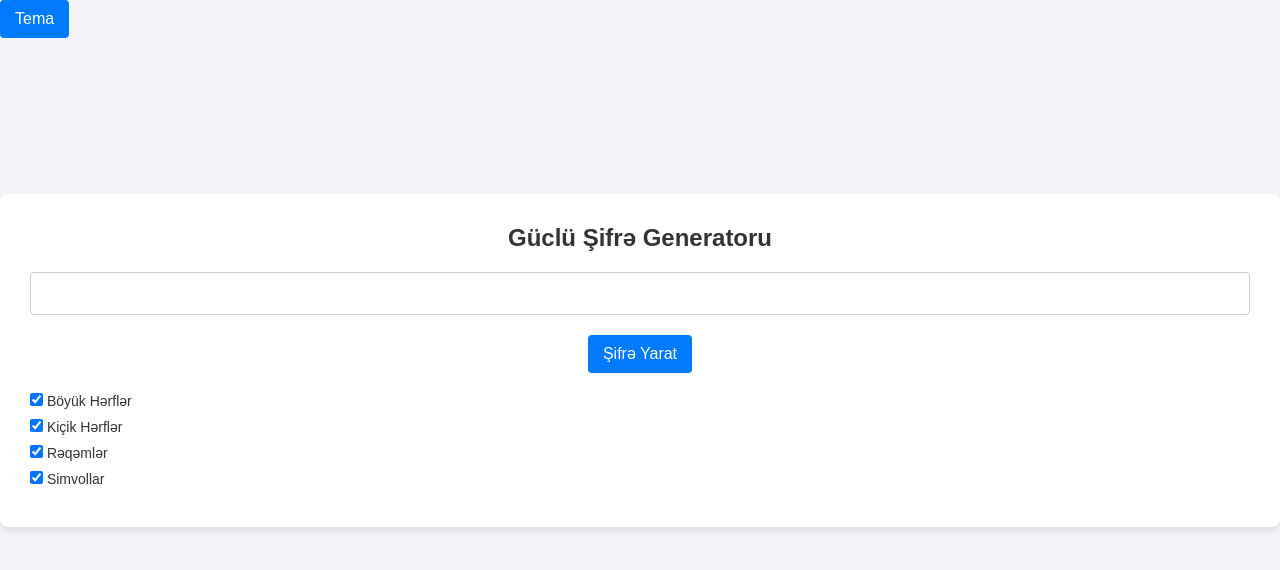
Repository: ferhadsultan98/pass-generator
Page: pass.html
These files come from the project's save history. The page is drawn as it stood at one moment and after a run of saves; the edit follows.
The browser window is 1280 px wide. The pictures show the whole page.

Above is the page before, as saved 2025-03-04 12:04:03.

### pass.html
<!DOCTYPE html>
<html lang="az">
<head>
  <meta charset="UTF-8">
  <meta name="viewport" content="width=device-width, initial-scale=1.0">
  <title>Güclü Şifrə Generatoru</title>
<style>
    * {
  margin: 0;
  padding: 0;
  box-sizing: border-box;
}

body {
  font-family: Arial, sans-serif;
  height: 100vh;
  display: flex;
  justify-content: center;
  align-items: center;
  background-color: #f4f4f9;
  color: #333;
  transition: background-color 0.3s, color 0.3s;
}

body.dark-mode {
  background-color: #333;
  color: #f4f4f9;
}

.container {
  background-color: #fff;
  padding: 30px;
  border-radius: 8px;
  box-shadow: 0 4px 6px rgba(0, 0, 0, 0.1);
  text-align: center;
  width: 100%;
}

body.dark-mode .container {
  background-color: #444;
  box-shadow: 0 4px 6px rgba(0, 0, 0, 0.3);
}

h1 {
  margin-bottom: 20px;
  font-size: 24px;
}

#password {
  width: 100%;
  padding: 10px;
  font-size: 18px;
  margin-bottom: 20px;
  border: 1px solid #ccc;
  border-radius: 4px;
}

button {
  padding: 10px 15px;
  font-size: 16px;
  background-color: #007bff;
  color: white;
  border: none;
  border-radius: 4px;
  cursor: pointer;
}

button:hover {
  background-color: #0056b3;
}

.options {
  margin-top: 20px;
  text-align: left;
}

label {
  display: block;
  margin-bottom: 10px;
  font-size: 14px;
}

.theme-switch {
left: 0;
top: 0;
  position: absolute;
}

body.dark-mode .theme-switch label {
  color: #fff;
}

/* Responsiveness */
@media (max-width: 500px) {
  .container {
    padding: 20px;
  }

  h1 {
    font-size: 20px;
  }

  button {
    font-size: 14px;
  }
}

</style>
</head>
<body>
  <div class="container">
    <h1>Güclü Şifrə Generatoru</h1>
    <input type="text" id="password" readonly>
    <button onclick="generatePassword()">Şifrə Yarat</button>

    <div class="options">
      <label>
        <input type="checkbox" id="includeUppercase" checked>
        Böyük Hərflər
      </label>
      <label>
        <input type="checkbox" id="includeLowercase" checked>
        Kiçik Hərflər
      </label>
      <label>
        <input type="checkbox" id="includeNumbers" checked>
        Rəqəmlər
      </label>
      <label>
        <input type="checkbox" id="includeSymbols" checked>
        Simvollar
      </label>
    </div>

    <div class="theme-switch">
        <button id="themeToggle"  onchange="toggleTheme()">Tema</button>
    </div>
  </div>

<script>
    // Şifrə yaratma funksiyası
function generatePassword() {
  const length = 12; // Şifrə uzunluğu
  const includeUppercase = document.getElementById('includeUppercase').checked;
  const includeLowercase = document.getElementById('includeLowercase').checked;
  const includeNumbers = document.getElementById('includeNumbers').checked;
  const includeSymbols = document.getElementById('includeSymbols').checked;

  let characters = '';
  if (includeUppercase) characters += 'ABCDEFGHIJKLMNOPQRSTUVWXYZ';
  if (includeLowercase) characters += 'abcdefghijklmnopqrstuvwxyz';
  if (includeNumbers) characters += '0123456789';
  if (includeSymbols) characters += '!@#$%^&*()-_=+[]{}|;:,.<>?/';

  if (characters === '') {
    alert('Ən az bir seçim etməlisiniz!');
    return;
  }

  let password = '';
  for (let i = 0; i < length; i++) {
    password += characters.charAt(Math.floor(Math.random() * characters.length));
  }

  document.getElementById('password').value = password;
}

// Tema dəyişdirmə funksiyası
function toggleTheme() {
  const themeToggle = document.getElementById('themeToggle');
  if (themeToggle.checked) {
    document.body.classList.add('dark-mode');
  } else {
    document.body.classList.remove('dark-mode');
  }
}

</script>
</body>
</html>

After the next 2 saves:
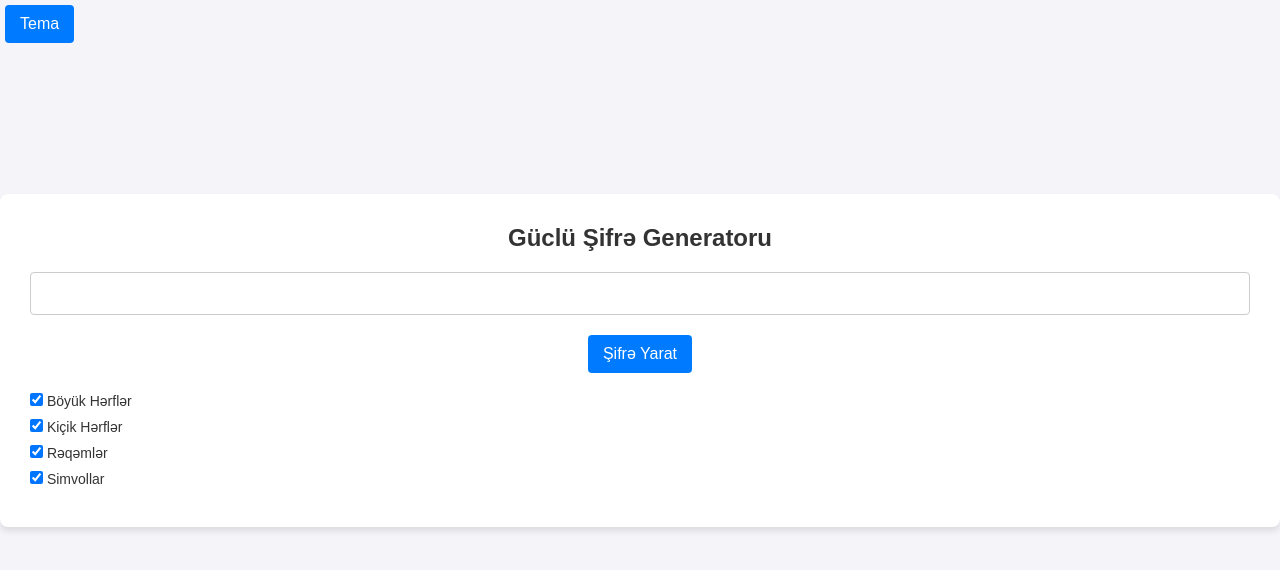
The 2 saves are shown as one change because they came seconds apart.
The last was saved 9 s later.
--- a/pass.html
+++ b/pass.html
@@ -81,8 +81,8 @@ label {
 }
 
 .theme-switch {
-left: 0;
-top: 0;
+left: 5px;
+top: 5px;
   position: absolute;
 }
 
